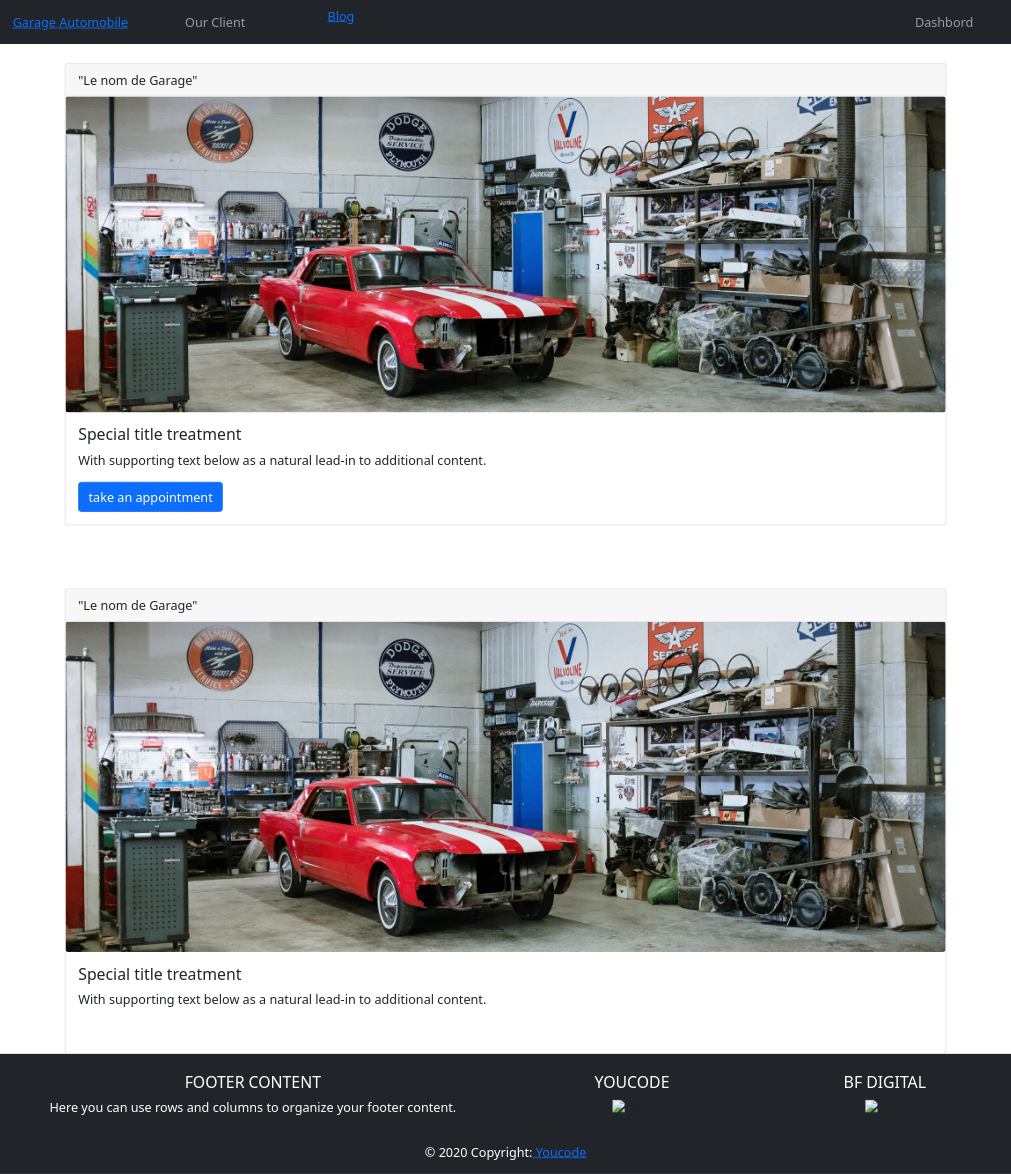
Repository: abdelhak-f/Fil-Rouge
Page: /Blog (app in client/)
These files come from the project's save history. The page is drawn as it stood at one moment and after the next save; the edit follows.
The browser window is 1280 px wide. The pictures show the whole page, at 79% of full size.
The project was rebuilt for these pictures with package versions that can differ from the ones it lists, and the page was loaded fresh each time. Also part of the build but not shown: client/src/components/Text.jsx, client/src/components/forms/FirstFrontForm.jsx, client/src/components/Body.jsx.

Above is the page before, as saved 2021-09-08 14:50:36.

### client/public/index.html
<!DOCTYPE html>
<html lang="en">
  <head>
    <meta charset="utf-8" />
    <link rel="icon" href="%PUBLIC_URL%/favicon.ico" />
    <meta name="viewport" content="width=device-width, initial-scale=1" />
    <meta name="theme-color" content="#000000" />
    <meta
      name="description"
      content="Web site created using create-react-app"
    />
    <!--   import bootstrao  -->
    <link
  rel="stylesheet"
  href="https://cdn.jsdelivr.net/npm/bootstrap@5.1.0/dist/css/bootstrap.min.css"
  integrity="sha384-KyZXEAg3QhqLMpG8r+8fhAXLRk2vvoC2f3B09zVXn8CA5QIVfZOJ3BCsw2P0p/We"
  crossorigin="anonymous"
  />

    <link rel="apple-touch-icon" href="%PUBLIC_URL%/logo192.png" />
    <!--
      manifest.json provides metadata used when your web app is installed on a
      user's mobile device or desktop. See https://developers.google.com/web/fundamentals/web-app-manifest/
    -->
    <link rel="manifest" href="%PUBLIC_URL%/manifest.json" />
    <!--
      Notice the use of %PUBLIC_URL% in the tags above.
      It will be replaced with the URL of the `public` folder during the build.
      Only files inside the `public` folder can be referenced from the HTML.

      Unlike "/favicon.ico" or "favicon.ico", "%PUBLIC_URL%/favicon.ico" will
      work correctly both with client-side routing and a non-root public URL.
      Learn how to configure a non-root public URL by running `npm run build`.
    -->
    <title>React App</title>
  </head>
  <body>
    <noscript>You need to enable JavaScript to run this app.</noscript>
    <div id="root"></div>
    <!--
      This HTML file is a template.
      If you open it directly in the browser, you will see an empty page.

      You can add webfonts, meta tags, or analytics to this file.
      The build step will place the bundled scripts into the <body> tag.

      To begin the development, run `npm start` or `yarn start`.
      To create a production bundle, use `npm run build` or `yarn build`.
    -->
  </body>
</html>

### client/src/index.js
import React from 'react';
import ReactDOM from 'react-dom';
import './index.css';
import App from './App';
import reportWebVitals from './reportWebVitals';

// import bootstrap
import 'bootstrap/dist/css/bootstrap.min.css';

ReactDOM.render(
  <React.StrictMode>
    <App />
  </React.StrictMode>,
  document.getElementById('root')
);

// If you want to start measuring performance in your app, pass a function
// to log results (for example: reportWebVitals(console.log))
// or send to an analytics endpoint. Learn more: https://bit.ly/CRA-vitals
reportWebVitals();

### client/src/App.js
// import './App.css';
import React from 'react';

import Navbar from './components/Nnavbar';
import Body from './components/Body';
import Footer from './components/Footer';
import Blog from './components/Blog';

import { BrowserRouter as Router, Switch, Route } from 'react-router-dom';






function App() {
  return (


    <>
<Router>

     <Navbar />




    <Switch>
    <Route  path="/" exact component={Body} />
       <Route  path="/Blog" component={Blog} />
    </Switch>

    <Footer/>
</Router>
    </>

  );
}

export default App;

### client/src/components/Nnavbar.jsx
import React from 'react';
import { NavLink } from 'react-router-dom';

import * as ReactBootstrap from 'react-bootstrap';









function Navbar() {
    return(
      <>

            <ReactBootstrap.Navbar className="mb-5" collapseOnSelect expand="lg" bg="dark" variant="dark" fixed="top">

 <NavLink className="mx-3" to="/">Garage Automobile</NavLink>
 <ReactBootstrap.Navbar.Toggle aria-controls="responsive-navbar-nav" />
 <ReactBootstrap.Navbar.Collapse id="responsive-navbar-nav">
   <ReactBootstrap.Nav className="me-auto">
     <ReactBootstrap.Nav.Link className="mx-5" href="#features">Our Client</ReactBootstrap.Nav.Link>
     <NavLink  className="px-5" to="/blog">Blog</NavLink>
     {/* <ReactBootstrap.NavDropdown title="Dropdown" id="collasible-nav-dropdown">
       <ReactBootstrap.NavDropdown.Item href="#action/3.1">Action</ReactBootstrap.NavDropdown.Item>
       <ReactBootstrap.NavDropdown.Item href="#action/3.2">Another action</ReactBootstrap.NavDropdown.Item>
       <ReactBootstrap.NavDropdown.Item href="#action/3.3">Something</ReactBootstrap.NavDropdown.Item>
       <ReactBootstrap.NavDropdown.Divider />
       <ReactBootstrap.NavDropdown.Item href="#action/3.4">Separated link</ReactBootstrap.NavDropdown.Item>
     </ReactBootstrap.NavDropdown> */}
   </ReactBootstrap.Nav>
   <ReactBootstrap.Nav>
     <ReactBootstrap.Nav.Link href="#deets" className="px-5" > Dashbord</ReactBootstrap.Nav.Link>
     {/* <ReactBootstrap.Nav.Link eventKey={2} href="#memes">
       Admin
     </ReactBootstrap.Nav.Link> */}
   </ReactBootstrap.Nav>
 </ReactBootstrap.Navbar.Collapse>

</ReactBootstrap.Navbar>





</>

    )
}

export default Navbar ;

### client/src/components/Footer.jsx
import React from "react";


function Footer () {
    return(
<footer  className="pt-4 page-footer font-small blue bg-dark ">
    <div className="text-center container-fluid text-md-left ">
        <div className="row">
            <div className="mt-3 text-white col-md-6 mt-md-0">
                <h5 className=" text-uppercase">Footer Content</h5>
                <p >Here you can use rows and columns to organize your footer content.</p>
            </div>

            <hr className="clearfix pb-0 w-100 d-md-none"/>

            <div className="mb-3 col-md-3 mb-md-0">
                <h5 className="text-white text-uppercase">Youcode</h5>
                <img src="" alt="logo" width={300} /></div>

            <div className="mb-3 col-md-3 mb-md-0">
                <h5 className="text-white text-uppercase " >BF Digital</h5>
                <img src="" alt="logo" width={300} />
            </div>
        </div>
    </div>

    <div className="py-3 text-center text-white footer-copyright " >© 2020 Copyright:
        <a href="https://www.youcode.ma/"> Youcode</a>
    </div>

</footer>
)

}

export default Footer

### client/src/components/Blog.jsx
import React from 'react'
import './css/style.css';
import { Container, Card, Button, Badge } from 'react-bootstrap';
import image from '../images/image.jpg';

function Blog() {
  return (

     <Container  className="Blog" >
         {/* first blog */}
         <Card >
           <Card.Header  >"Le nom de Garage"  </Card.Header>
            <Card.Img style={{ height: '400px', weiht: '500px' }} src={image} />
            <Card.Body>
            <Card.Title>Special title treatment</Card.Title>
            <Card.Text>
                 With supporting text below as a natural lead-in to additional content.
            </Card.Text>
            <Button variant="primary">take an appointment</Button>
           </Card.Body>
        </Card>

        <Card className="Blog">
           <Card.Header  >"Le nom de Garage"  </Card.Header>
            <Card.Img  src={image} />
            <Card.Body>
            <Card.Title>Special title treatment</Card.Title>
            <Card.Text>
                 With supporting text below as a natural lead-in to additional content.
            </Card.Text>
            <Badge pill bg="secondary">take an appointment</Badge>{' '}
           </Card.Body>
        </Card>

        {/* second blog */}

     </Container>


  )

}

export default Blog

### client/src/components/css/style.css

.Blog {
    margin-top: 5rem;
  }

Loaded but not shown: client/src/index.css (common file); client/src/reportWebVitals.js (common file)

After the next save:
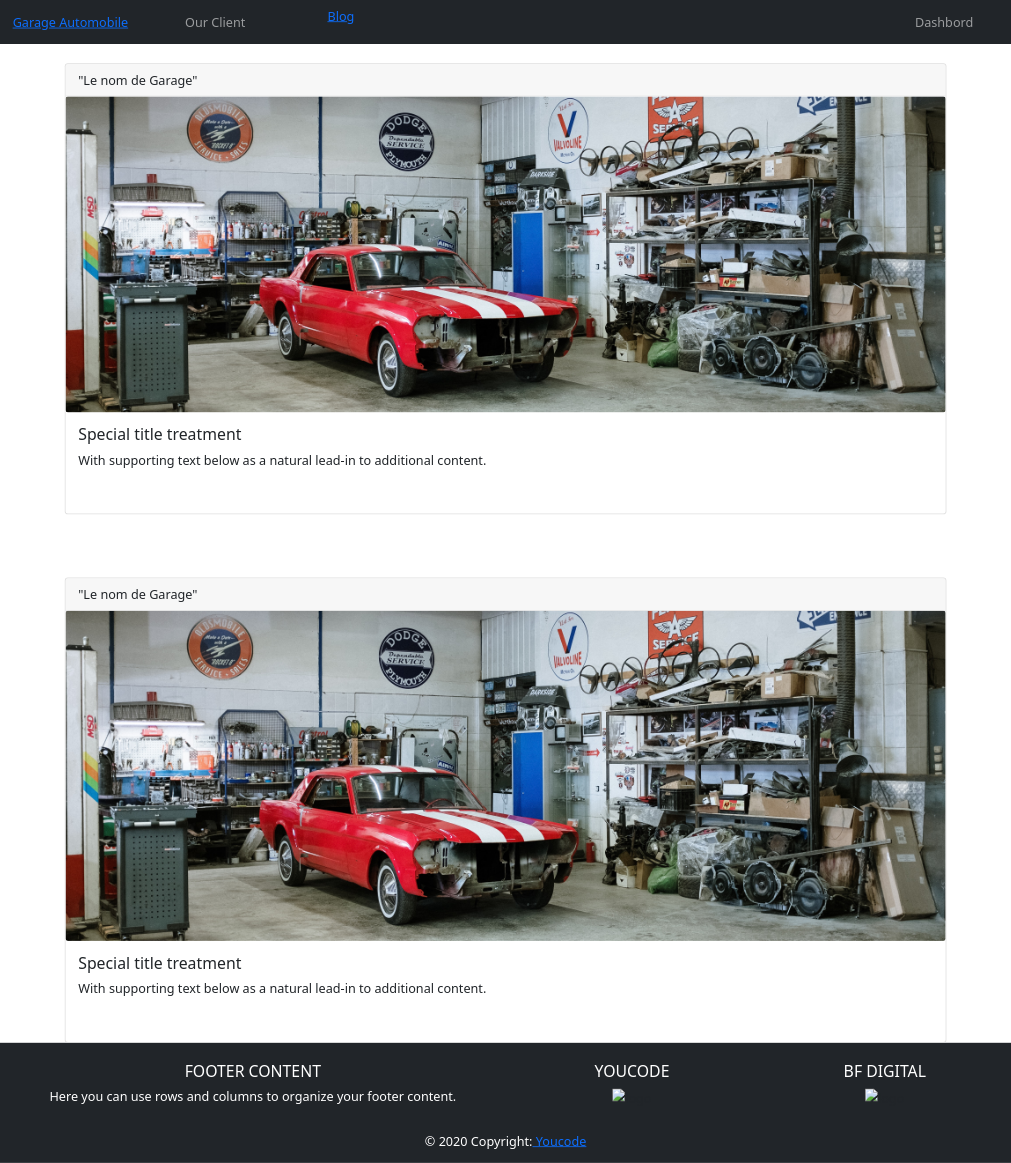
Saved 32 s later.
--- a/client/src/components/Blog.jsx
+++ b/client/src/components/Blog.jsx
@@ -16,7 +16,8 @@ function Blog() {
             <Card.Text>
                  With supporting text below as a natural lead-in to additional content.
             </Card.Text>
-            <Button variant="primary">take an appointment</Button>
+            <Badge pill bg="secondary">take an appointment</Badge>{' '}
+
            </Card.Body>
         </Card>
 
